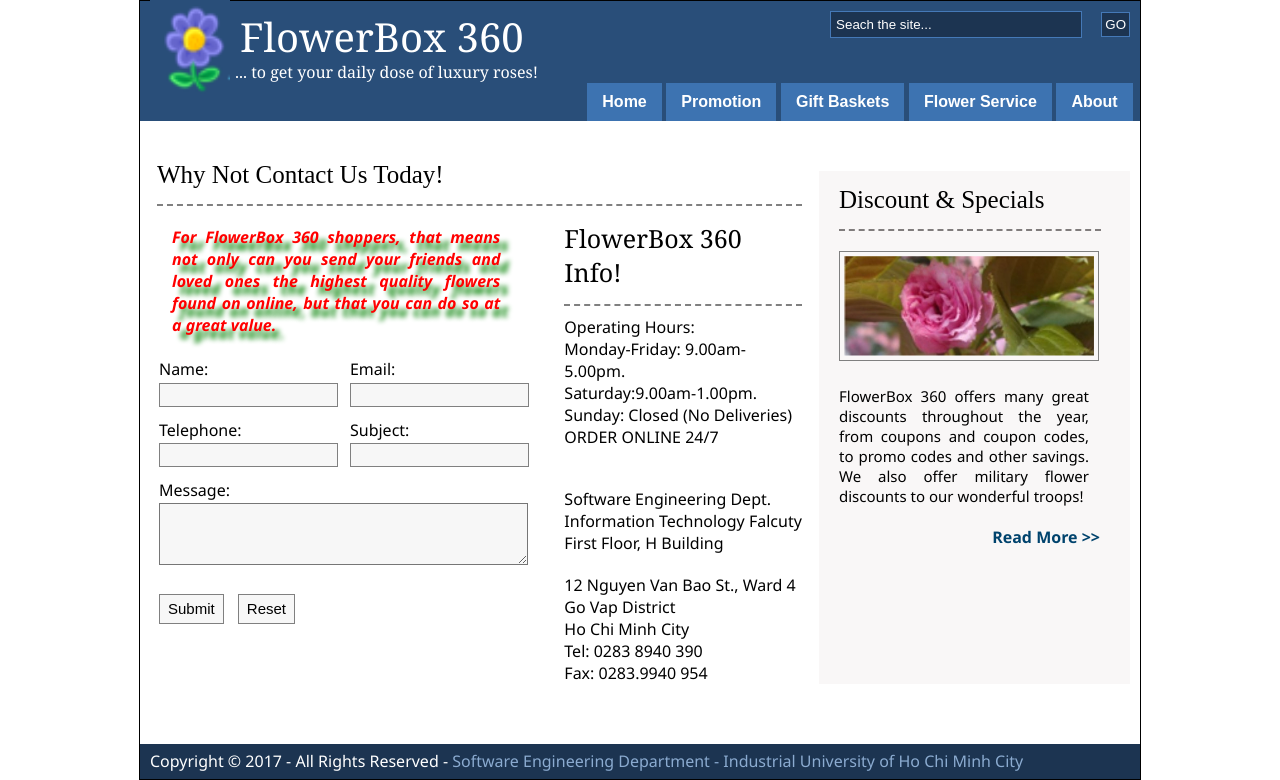
Repository: thu1365/BTKT_WEB
Page: HTML/btkt.html
An editor plug-in stored every save of this project. The page is shown before and after the next save, followed by the edit.
The browser window is 1280 px wide. The pictures show the whole page.

Above is the page before, as saved 2023-03-11 21:44:49.

After the next save:
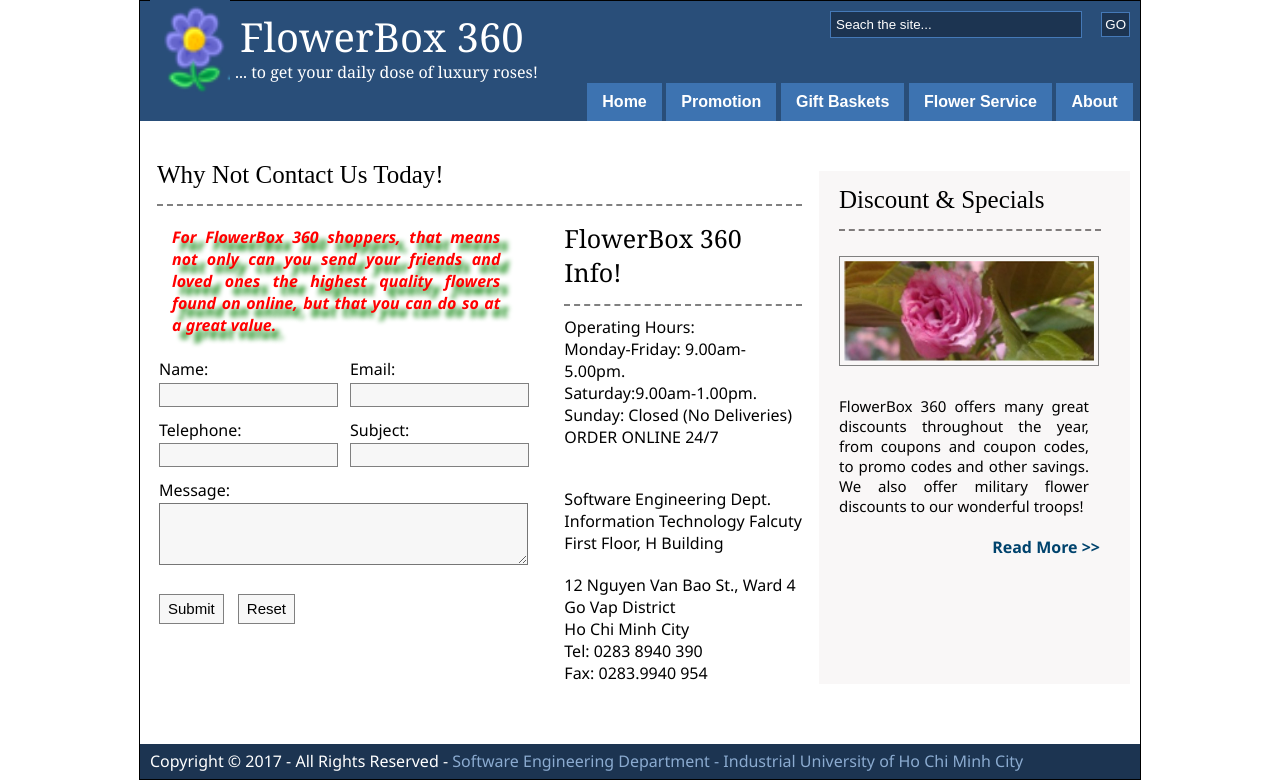
Saved 11 s later.
--- a/HTML/btkt.html
+++ b/HTML/btkt.html
@@ -235,7 +235,7 @@
             width: 250px;
             height: 100px;
             padding: 4px;
-            margin: 20px 0px;
+            margin: 25px 0px;
             border: 1px solid gray;
         }
 
